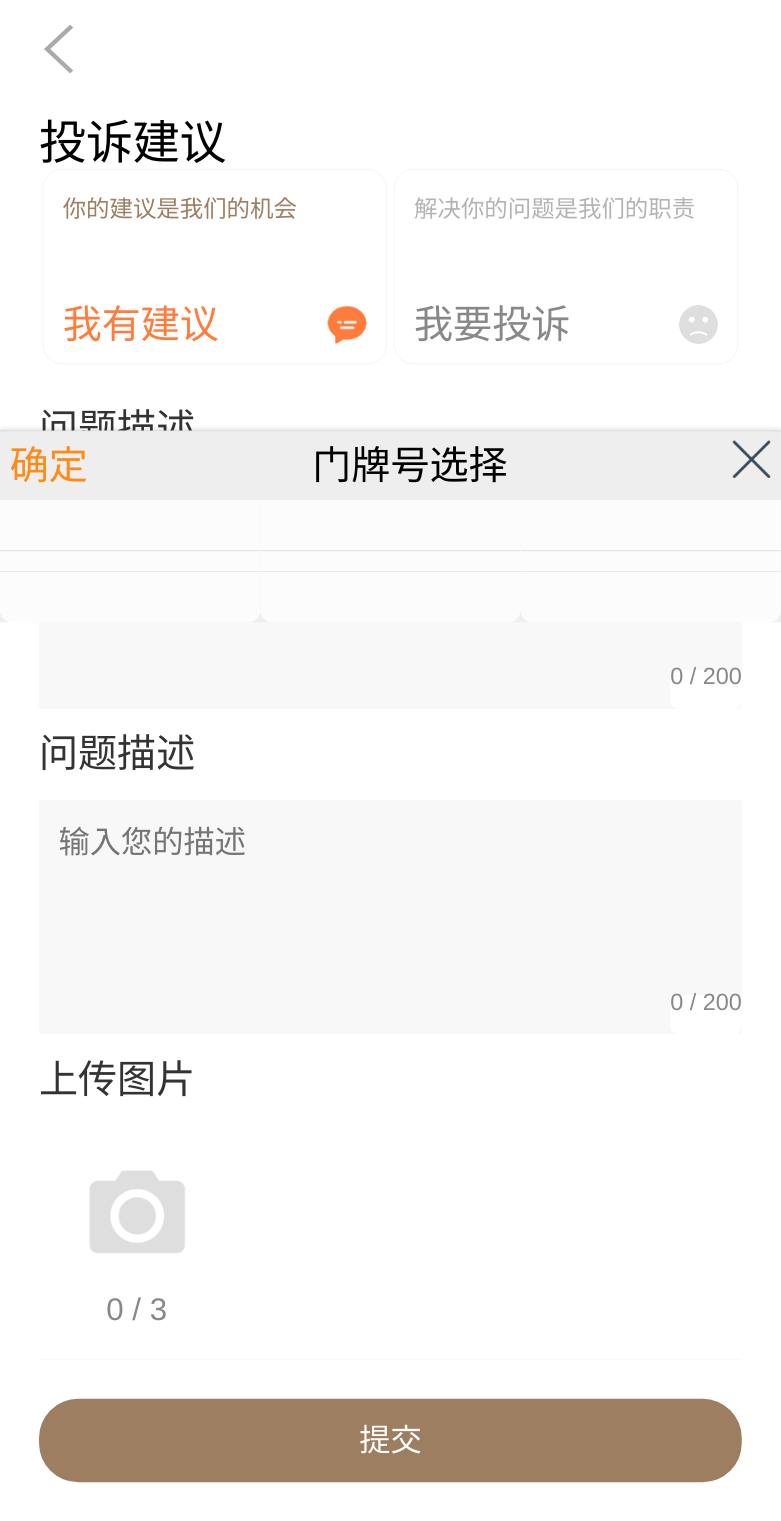
Repository: missing-star/rockBridge
Page: complaint.html
The author's editor kept a copy of each file at every save. The page is drawn from the files as they stood at one save, then again after the next save.
The browser window is 1280 px wide. The pictures show the whole page, at 61% of full size.

Above is the page before, as saved 2019-04-19 10:43:49.
Console error: ReferenceError: getNotActivedAddress is not defined

After the next save:
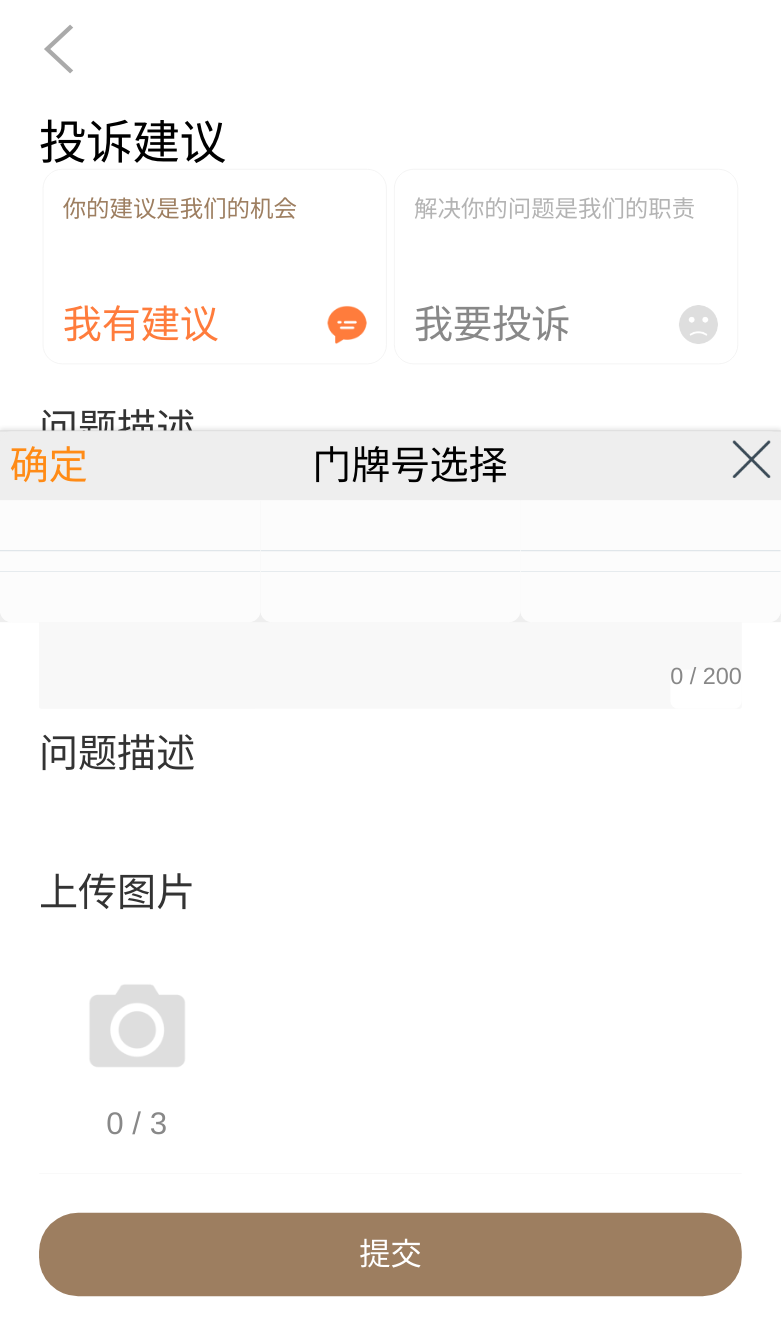
Saved 31 s later.
--- a/complaint.html
+++ b/complaint.html
@@ -56,8 +56,7 @@
             <!-- <input v-model="selectedNumber" id="number-btn" readonly type="text" class="number-value arrow-right"> -->
             <p class="title-ques">问题描述</p>
             <div class="question-desc">
-                <textarea placeholder="输入您的描述" @input="limitLength" v-model="inputContent" name="" id="" cols="30" rows="10"></textarea>
-                <span v-cloak class="amount">{{inputContent.length}} / 200</span>
+                <input v-model="selectedNumber" id="number-btn" readonly type="text" class="number-value arrow-right">
             </div>
             <p class="title-upload">上传图片</p>
             <div class="repair-item upload">
